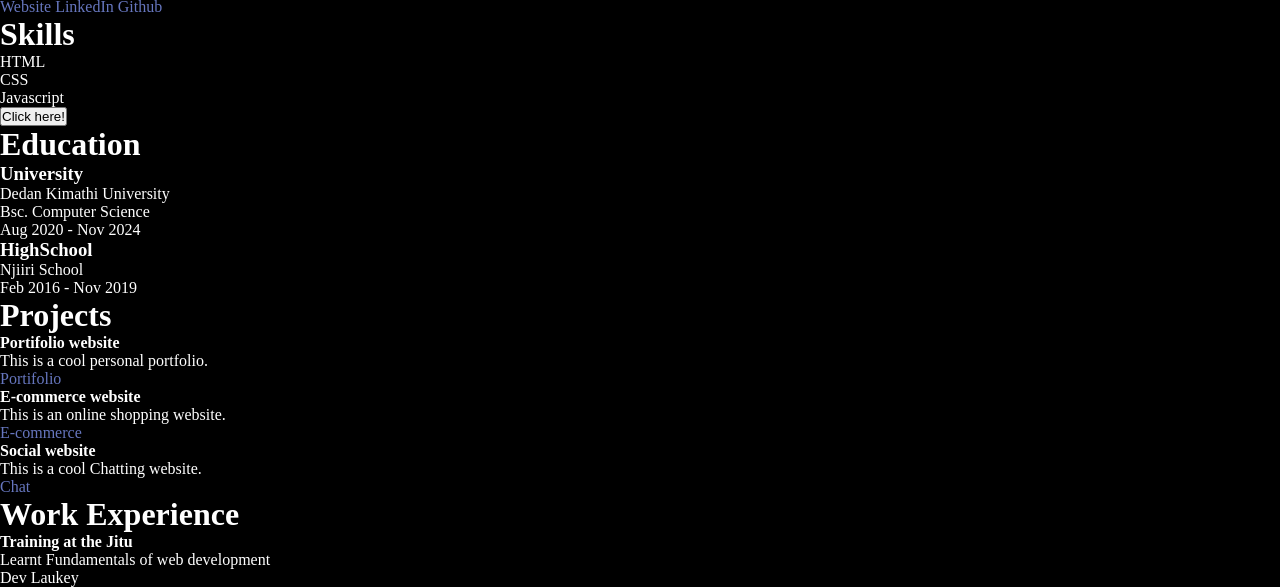
Repository: LaukeyMwaura/Jitu-Day-2
Page: index.html
An editor plug-in stored every save of this project. The page is shown before and after the next save, followed by the edit.
The browser window is 1280 px wide. The pictures show the part of the page from y = 640 to 1237 px (the page is 1227 px tall before and 1237 px after).
A picture or video elsewhere on the page could not be fetched, so the positions and the page height are approximate.

Above is the page before, as saved 2022-05-12 00:22:01.

### index.html
<!DOCTYPE html>
<html lang="en">
  <head>
    <meta charset="UTF-8" />
    <meta http-equiv="X-UA-Compatible" content="IE=edge" />
    <meta name="viewport" content="width=device-width, initial-scale=1.0" />
    <title>First Site</title>
    <link rel="stylesheet" href="./style.css">
  </head>
  <body>
    <nav class="nav">
      <ul class="list" style="list-style-type: circle">
        <li><a href="#about">About </a></li>
        <li><a href="#skills">Skills </a></li>
        <li><a href="#education">Education </a></li>
        <li><a href="#projects">Projects </a></li>
        <li><a href="#work">Work </a></li>
      </ul>
    </nav>
    <div id="about">
      <h1 class="heading" id="about-me">About Me</h1>
      <div class="about">
        <p class="text">Music Lover

        </p>
        <br>
         <p class="text"> Programming Enthusiast.</p>

      <img
        height="450"
        weight="450"
        src="https://devlaukey.netlify.app/uploads/me.jpeg"
        alt=""
      />
      </div>

      <p>Let's connect:</p>
      <a target="_blank" href="https://devlaukey.netlify.com/">Website</a>
      <a target="_blank" href="https://www.linkedin.com/in/devlaukey/"
        >LinkedIn</a
      >
      <a target="_blank" href="https://github.com/DevLaukey">Github</a>
    </div>
    <div class="skills" id="skills" >
      <h1>Skills</h1>
      <ul>
        <li id="html">HTML</li>
        <li>CSS</li>
        <li>Javascript</li>
      </ul>
    </div>
    <button>
      Click here!
    </button>
    <div class="education" id="education">
      <h1>Education</h1>
      <div class="">
        <h3>University</h3>
        <p>Dedan Kimathi University</p>
        <p>Bsc. Computer Science</p>
        <p>Aug 2020 - Nov 2024</p>
      </div>
      <div>
        <h3>HighSchool</h3>
        <p>Njiiri School</p>
        <p>Feb 2016 - Nov 2019</p>
      </div>
    </div>
    <div class="project" id="projects">
      <h1>Projects</h1>
      <div class="project" >
        <h4>Portifolio website</h4>
        <p>This is a cool personal portfolio.</p>
        <a href="https://devlaukey.netlify.app/">Portifolio</a>
      </div>
      <div class="project">
        <h4>E-commerce website</h4>
        <p>This is an online shopping website.</p>
        <a href="https://victor-100.web.app/">E-commerce</a>
      </div>
      <div class="project">
        <h4>Social website</h4>
        <p>This is a cool Chatting website.</p>
        <a href="https://messenger-clone-70550.web.app/">Chat</a>
      </div>
    </div>
    <div id="work" class="work">
      <h1>Work Experience</h1>
      <div>
        <h4>Training at the Jitu</h4>
        <p>Learnt Fundamentals of web development</p>
      </div>
    </div>

    <footer>
      <p>Dev Laukey</p>
    </footer>
  </body>
</html>

### style.css
*{
    margin: 0;
    padding: 0;
    box-sizing: border-box;
}
body {
    background-color: black;
    color: white;
}
.about {
    font-family:Impact, Haettenschweiler, 'Arial Narrow Bold', sans-serifs;
}
.heading{
    text-align: center;
    font-size: 2em;
    font-family:Impact, Haettenschweiler, 'Arial Narrow Bold', sans-serifs;
    margin: 1em;
}
.list{
    display: flex;
    text-align: center;
    justify-content: center;
    overflow: hidden;
}

.list>li{
    margin: 10px 5px ;
    list-style: none;
    font-size: 1.5rem;
    padding: 10px 10px 0 10px;
    font-family: 'Courier New', Courier, monospace;

}
a{
    text-decoration: none;
    color: rgb(102, 118, 190);

}

.text{
    font-size: 1.5em;
    font-family: 'Lucida Sans', 'Lucida Sans Regular', 'Lucida Grande', 'Lucida Sans Unicode', Geneva, Verdana, sans-serif;
}

.about{
    display: flex;
    justify-content: space-evenly;
}

After the next save:
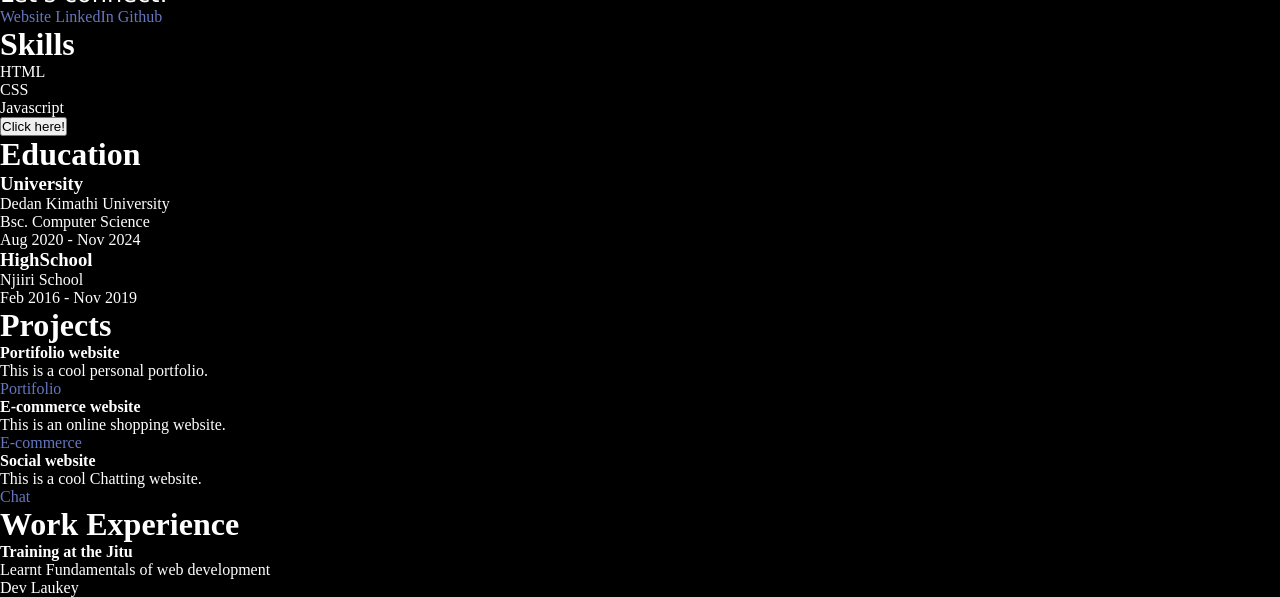
Saved 42 s later.
--- a/index.html
+++ b/index.html
@@ -34,8 +34,8 @@
       />
       </div>
 
-      <p>Let's connect:</p>
-      <a target="_blank" href="https://devlaukey.netlify.com/">Website</a>
+      <p class="text">Let's connect:</p>
+      <a  target="_blank" href="https://devlaukey.netlify.com/">Website</a>
       <a target="_blank" href="https://www.linkedin.com/in/devlaukey/"
         >LinkedIn</a
       >
